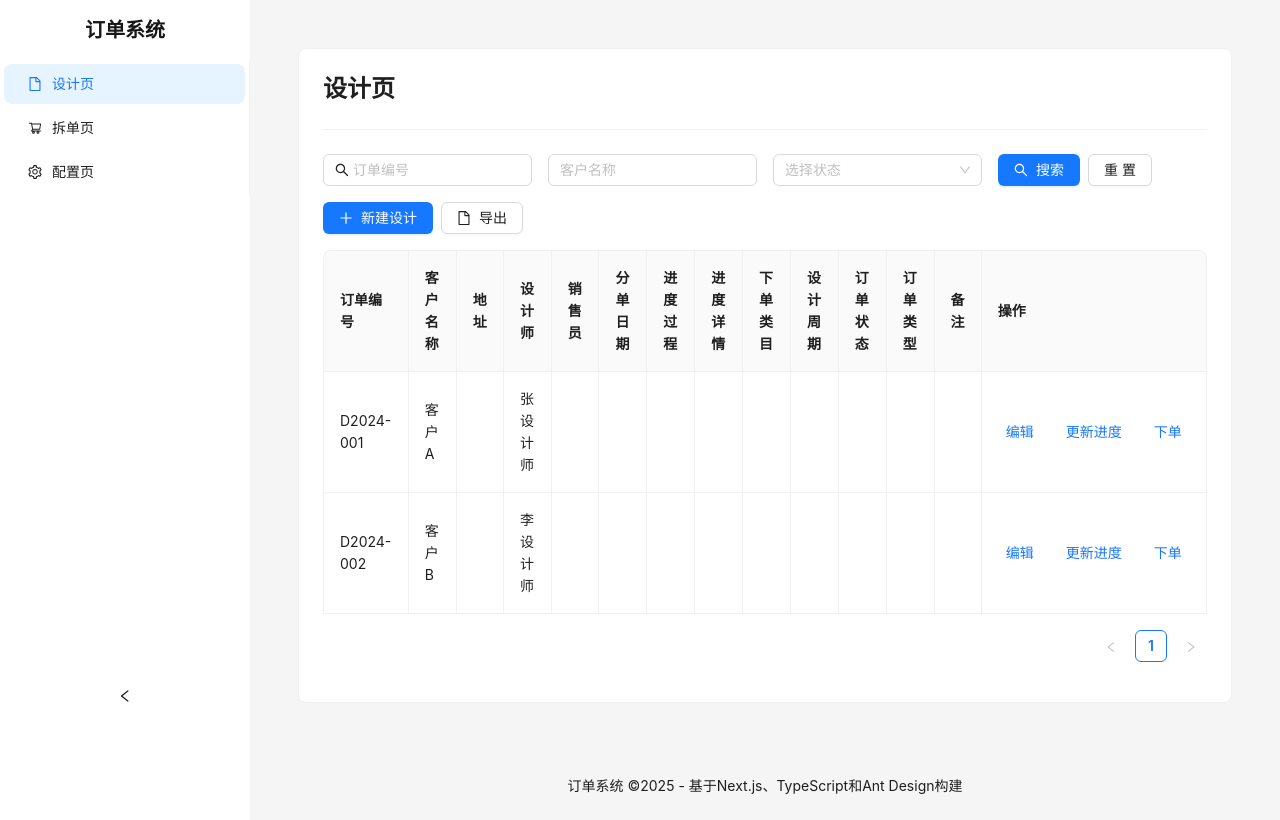
Repository: Garyxiwang/order_system
Page: /design (app in front/)
These files come from the project's save history. The page is drawn as it stood at one moment and after a run of saves; the edit follows.
The browser window is 1280 px wide. The pictures show the whole page.
The project was rebuilt for these pictures with package versions that can differ from the ones it lists, and the page was loaded fresh each time. The framework's server and built-in components were replaced by stand-ins that run in the browser. Also part of the build but not shown: front/next.config.js, front/next.config.ts.

Above is the page before, as saved 2025-08-04 14:16:38.

After the next 2 saves:
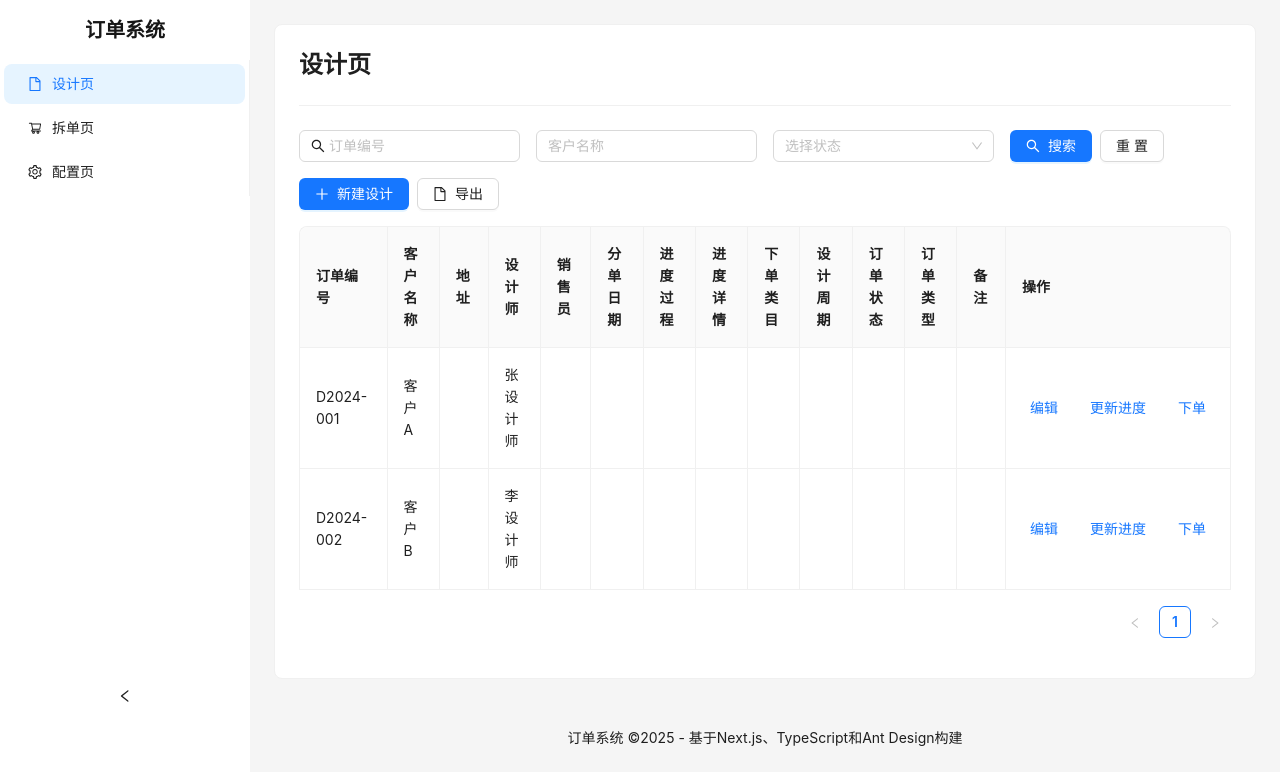
The 2 saves are shown as one change because they came seconds apart.
The last was saved 97 s later.
--- a/front/src/app/design/page.tsx
+++ b/front/src/app/design/page.tsx
@@ -146,7 +146,7 @@ const DesignPage: React.FC = () => {
   ];
 
   return (
-    <div className="p-6">
+    <div>
       <Row gutter={[16, 16]}>
         <Col span={24}>
           <Card>
